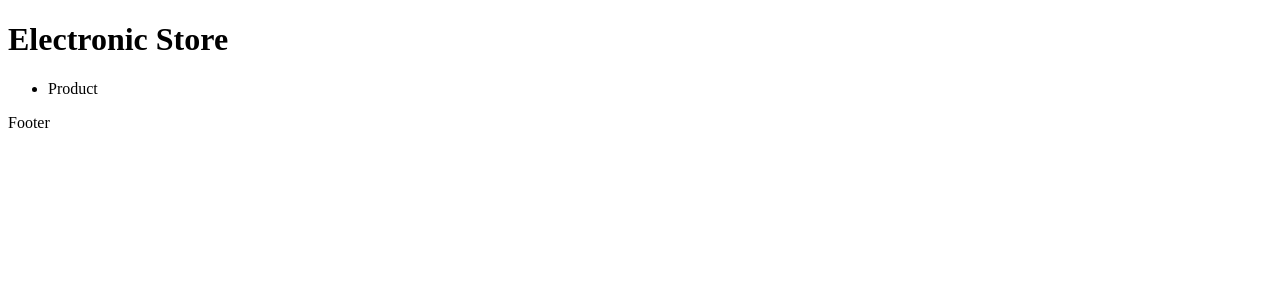
Repository: Lithium87/e-Strore
Page: /
An editor plug-in stored every save of this project. The page is shown before and after the next save, followed by the edit.
The browser window is 1280 px wide. The pictures show the whole page.
The project was rebuilt for these pictures with package versions that can differ from the ones it lists, and the page was loaded fresh each time. Also part of the build but not shown: vite.config.js.

Above is the page before, as saved 2025-07-05 14:48:49.

### src/main.jsx
import {StrictMode} from 'react';
import {createRoot} from 'react-dom/client';
import App from './App.jsx';

createRoot (document.getElementById ('root')).render (
  <StrictMode>
    <App />
  </StrictMode>
);

### src/App.jsx
import React from 'react';

const productData = [
  {
    name: 'Laptop Pro',
    description: 'High-performance laptop for professionals.',
    price: 1200,
    photoName: '/laptop.png',
    soldOut: false,
  },
  {
    name: 'Smartphone X',
    description: 'Latest model with stunning display.',
    price: 800,
    photoName: '/smartphone.png',
    soldOut: false,
  },
  {
    name: 'Wireless Headphones',
    description: 'Noise-cancelling headphones with great sound quality.',
    price: 200,
    photoName: '/headphones.png',
    soldOut: false,
  },
  {
    name: 'Smartwatch Z',
    description: 'Stylish smartwatch with fitness tracking features.',
    price: 150,
    photoName: '/smartwatch.png',
    soldOut: false,
  },
  {
    name: 'Gaming Console',
    description: 'Powerful gaming console for endless fun.',
    price: 400,
    photoName: '/console.png',
    soldOut: true,
  },
  {
    name: '4K TV',
    description: 'Ultra HD television with vibrant colors.',
    price: 1000,
    photoName: '/tv.png',
    soldOut: false,
  },
];

const App = () => {
  return (
    <div>
      <Header />
      <Catalog />
      <Footer />
    </div>
  );
};

const Header = () => {
  return (
    <header>
      <h1>Electronic Store</h1>
    </header>
  );
};

const Catalog = () => {
  return (
    <main>
      <ul>
        <Product />
      </ul>
    </main>
  );
};

const Product = () => {
  return <li>Product</li>;
};

const Footer = () => {
  return <footer>Footer</footer>;
};

export default App;

Loaded but not shown: index.html (common file)

After the next save:
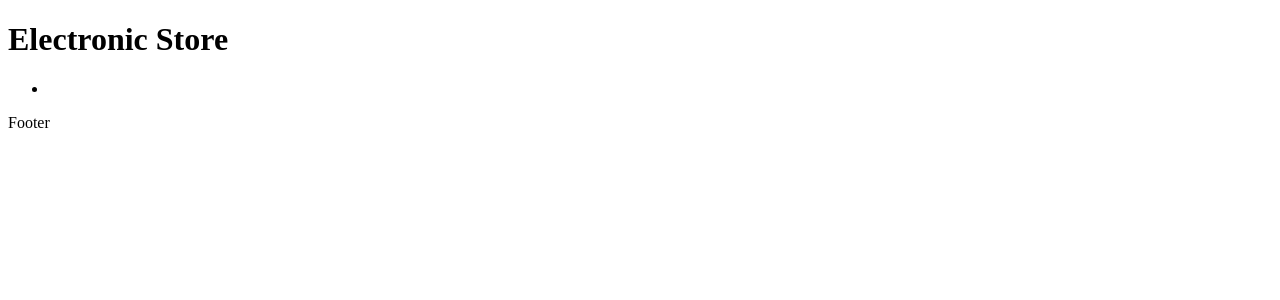
Saved 7 min 35 s later.
--- a/src/App.jsx
+++ b/src/App.jsx
@@ -74,7 +74,7 @@ const Catalog = () => {
 };
 
 const Product = () => {
-  return <li>Product</li>;
+  return <li />;
 };
 
 const Footer = () => {
